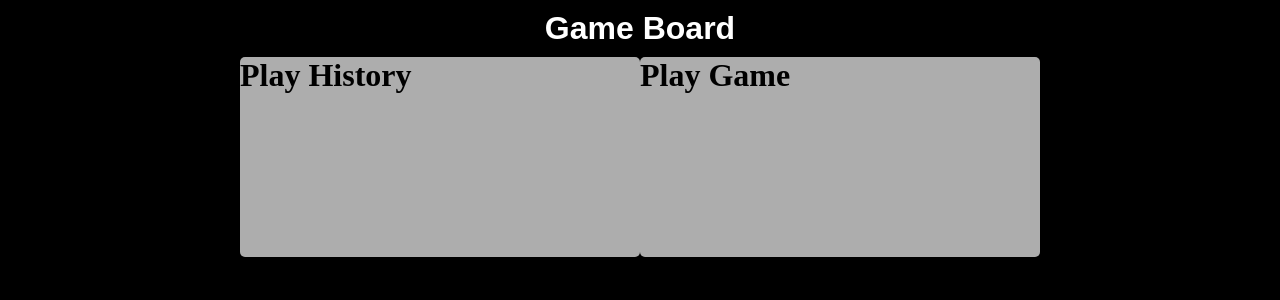
Repository: programmer686/Mastermind-with-Next.js
Page: /, after clicking the first element matching `button.StartScreen_51d34_startscreen__play_button`
The author's editor kept a copy of each file at every save. The page is drawn from the files as they stood at one save, then again after the next save.
The browser window is 1280 px wide. The pictures show the whole page.
The project was rebuilt for these pictures with package versions that can differ from the ones it lists, and the page was loaded fresh each time. The framework's server and built-in components were replaced by stand-ins that run in the browser. Also part of the build but not shown: next.config.js, src/styles/StartScreen.module.css.

Above is the page before, as saved 2023-07-15 19:22:31.

After the next save:
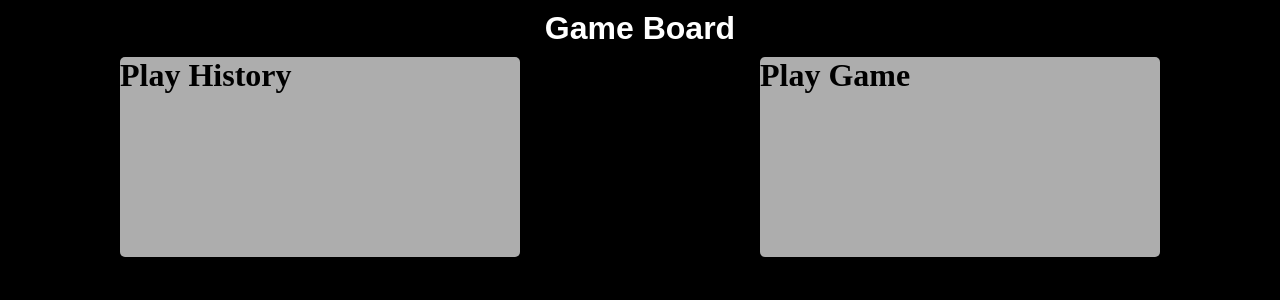
Saved 22 s later.
--- a/src/styles/GameBoard.module.css
+++ b/src/styles/GameBoard.module.css
@@ -7,7 +7,7 @@
 .GameBoard__body {
     width: 100%;
     display: flex;
-    justify-content: center;
+    justify-content: space-around;
     align-items: center;
 }
 
